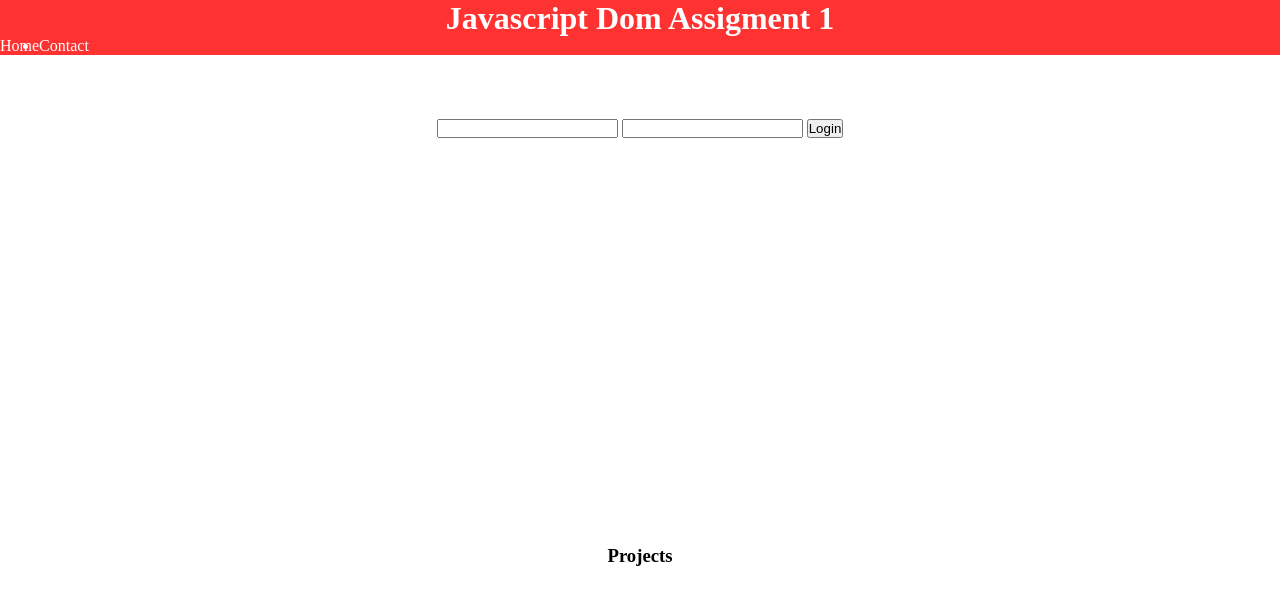
Repository: haakanerol/haakanerol
Page: Js.ass1/index.html
The author's editor kept a copy of each file at every save. The page is drawn from the files as they stood at one save, then again after the next save.
The browser window is 1280 px wide. The pictures show the whole page.

Above is the page before, as saved 2024-02-25 15:58:14.

### Js.ass1/index.html
<!DOCTYPE html>
<html lang="en">
<head>
    <meta charset="UTF-8">
    <meta name="viewport" content="width=device-width, initial-scale=1.0">
    <title>Document</title>
    <style>
        * {
            margin: 0;
            padding: 0;
            box-sizing: border-box;
        }
        main {
            display: flex;
            flex-direction: column;
            justify-content: space-between;
            align-items: center;
            height: 80vh;
            padding: 4rem;
        }
    </style>
</head>
<body>
    <header class="header">
        <h1 id="title">aaa</h1>
        <nav>
            <ul class="nav-item">
                <li id="home">Home</li>
                <li>Contact</li>
            </ul>
        </nav>
    </header>
    <main>
        <section>
            <input type="text" id="username">
            <input type="password" id="password">
            <button class="btn">Login</button>
        </section>
        <section id="projects">
            <h3>Projects</h3>
            <ul>
            </ul>
        </section>
    </main>
    <script src="app.js"></script>
</body>
</html>

### Js.ass1/app.js
newHeader = document.querySelector(".header")
newHeader.style.backgroundColor = "red"
newHeader.style.opacity = "0.8"
newHeader.style.color = "white"
newHeader.style.textAlign = "center"

newTitle = document.getElementById("title")
newTitle.textContent = "Javascript Dom Assigment 1"

newNavItem = document.querySelector(".nav-item")
newNavItem.style.display = "flex"
newNavItem.style.justify = "center"

After the next save:
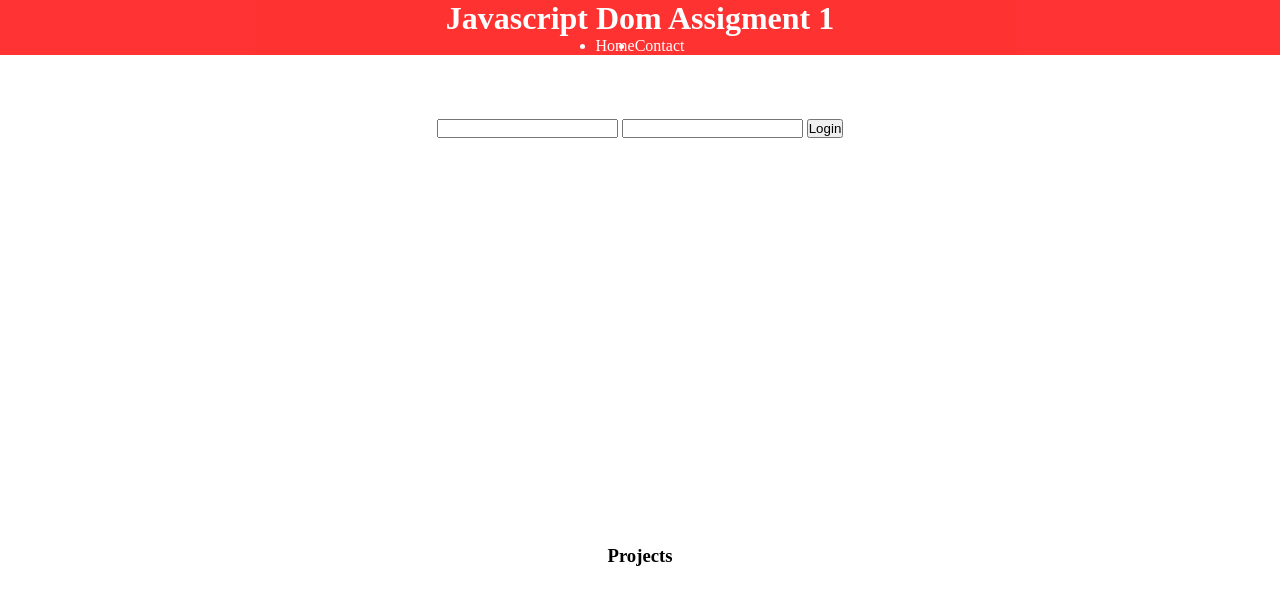
Saved 4 s later.
--- a/Js.ass1/app.js
+++ b/Js.ass1/app.js
@@ -9,4 +9,4 @@ newTitle.textContent = "Javascript Dom Assigment 1"
 
 newNavItem = document.querySelector(".nav-item")
 newNavItem.style.display = "flex"
-newNavItem.style.justify = "center"
+newNavItem.style.justifyContent = "center"
